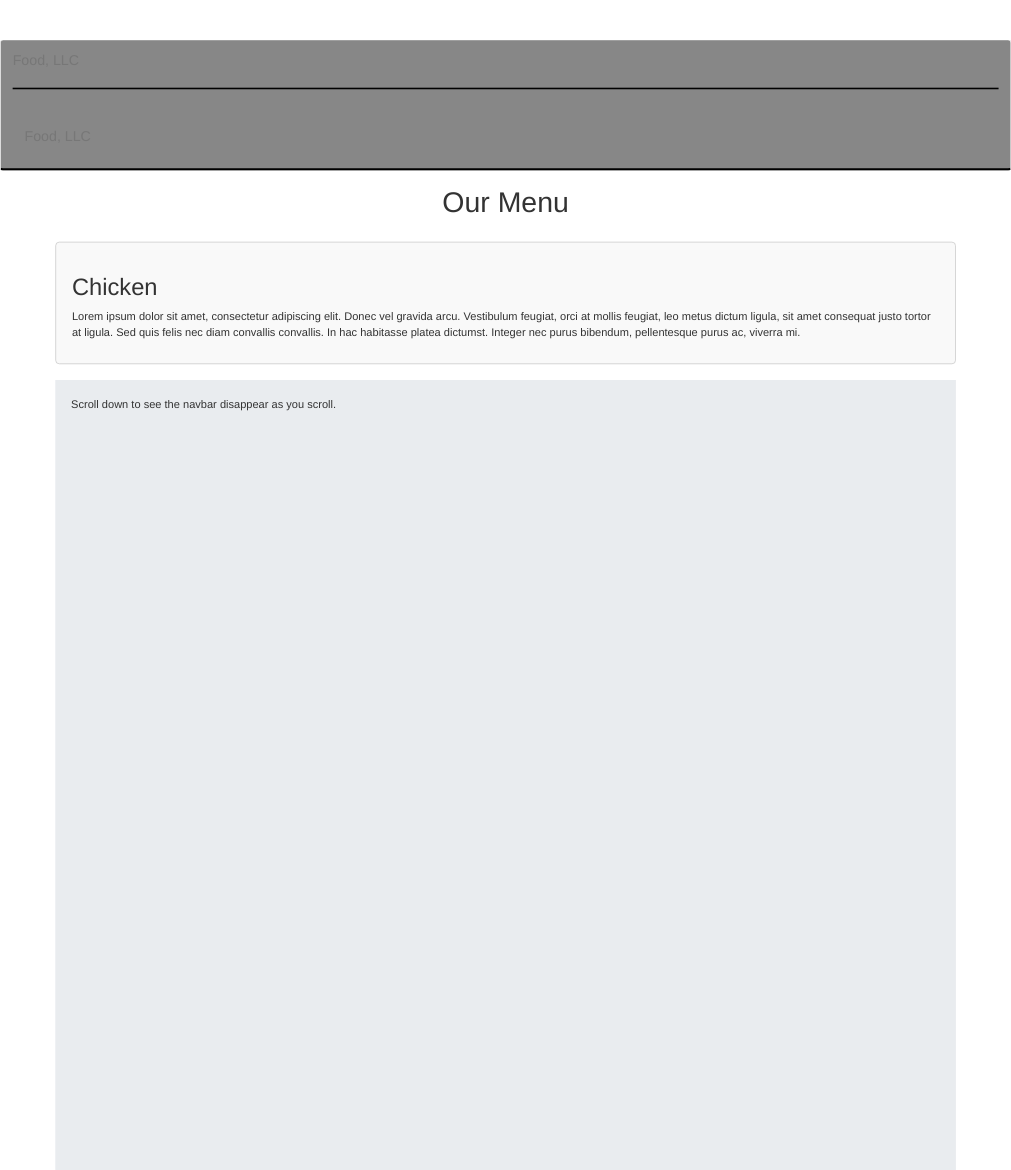
Repository: imen-chabchoub/coursera-test1
Page: mod3-solution/index.html
These files come from the project's save history. The page is drawn as it stood at one moment and after the next save; the edit follows.
The browser window is 1280 px wide. The pictures show the whole page, at 79% of full size.

Above is the page before, as saved 2025-02-12 15:08:23.

After the next save:
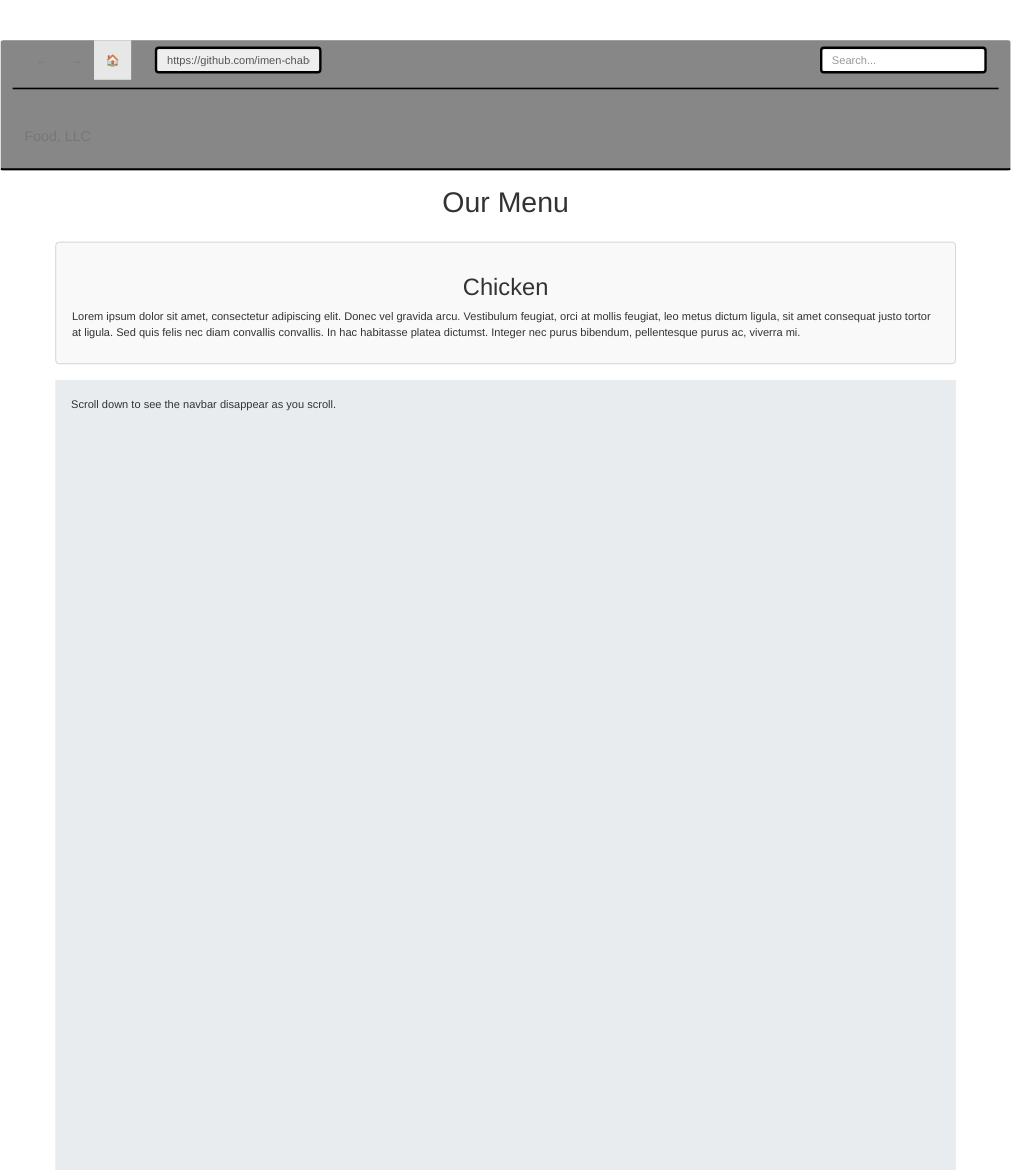
Saved 10 s later.
--- a/mod3-solution/index.html
+++ b/mod3-solution/index.html
@@ -13,22 +13,27 @@
         <div class="container-fluid">
             <!-- Brand and toggle get grouped for better mobile display -->
             <div class="navbar-header">
-                <button type="button" class="navbar-toggle collapsed visible-xs" data-toggle="collapse" data-target="#navbar-collapse">
+                <button type="button" class="navbar-toggle collapsed" data-toggle="collapse" data-target="#navbar-collapse">
                     <span class="sr-only">Toggle navigation</span>
                     <span class="icon-bar"></span>
                     <span class="icon-bar"></span>
                     <span class="icon-bar"></span>
                 </button>
-                <a class="navbar-brand" href="#">Food, LLC</a>
             </div>
 
             <!-- Collect the nav links, forms, and other content for toggling -->
             <div class="collapse navbar-collapse" id="navbar-collapse">
-                <ul class="nav navbar-nav visible-xs">
-                    <li><a href="#">Chicken</a></li>
-                    <li><a href="#">Beef</a></li>
-                    <li><a href="#">Sushi</a></li>
+                <ul class="nav navbar-nav">
+                    <li><a href="#" class="nav-back">←</a></li>
+                    <li><a href="#" class="nav-forward">→</a></li>
+                    <li class="active"><a href="#" class="nav-home">🏠</a></li>
                 </ul>
+                <div class="navbar-form navbar-left">
+                    <input type="text" class="form-control nav-url" value="https://github.com/imen-chabchoub/coursera-test/tree/module2-solution" readonly>
+                </div>
+                <div class="navbar-form navbar-right">
+                    <input type="text" class="form-control search" placeholder="Search...">
+                </div>
             </div><!-- /.navbar-collapse -->
             <div class="navbar-divider"></div>
             <div class="navbar-text text-center">
@@ -43,7 +48,7 @@
         <div class="row">
             <div class="col-xs-12">
                 <div class="menu-section">
-                    <h2>Chicken</h2>
+                    <h2 class="text-center">Chicken</h2>
                     <p>Lorem ipsum dolor sit amet, consectetur adipiscing elit. Donec vel gravida arcu. Vestibulum feugiat, orci at mollis feugiat, leo metus dictum ligula, sit amet consequat justo tortor at ligula. Sed quis felis nec diam convallis convallis. In hac habitasse platea dictumst. Integer nec purus bibendum, pellentesque purus ac, viverra mi.</p>
                 </div>
             </div>
@@ -57,6 +62,7 @@
         </div>
     </div>
 
+
     <script src="https://ajax.googleapis.com/ajax/libs/jquery/1.12.4/jquery.min.js"></script>
     <script src="https://maxcdn.bootstrapcdn.com/bootstrap/3.3.7/js/bootstrap.min.js"></script>
 </body>
